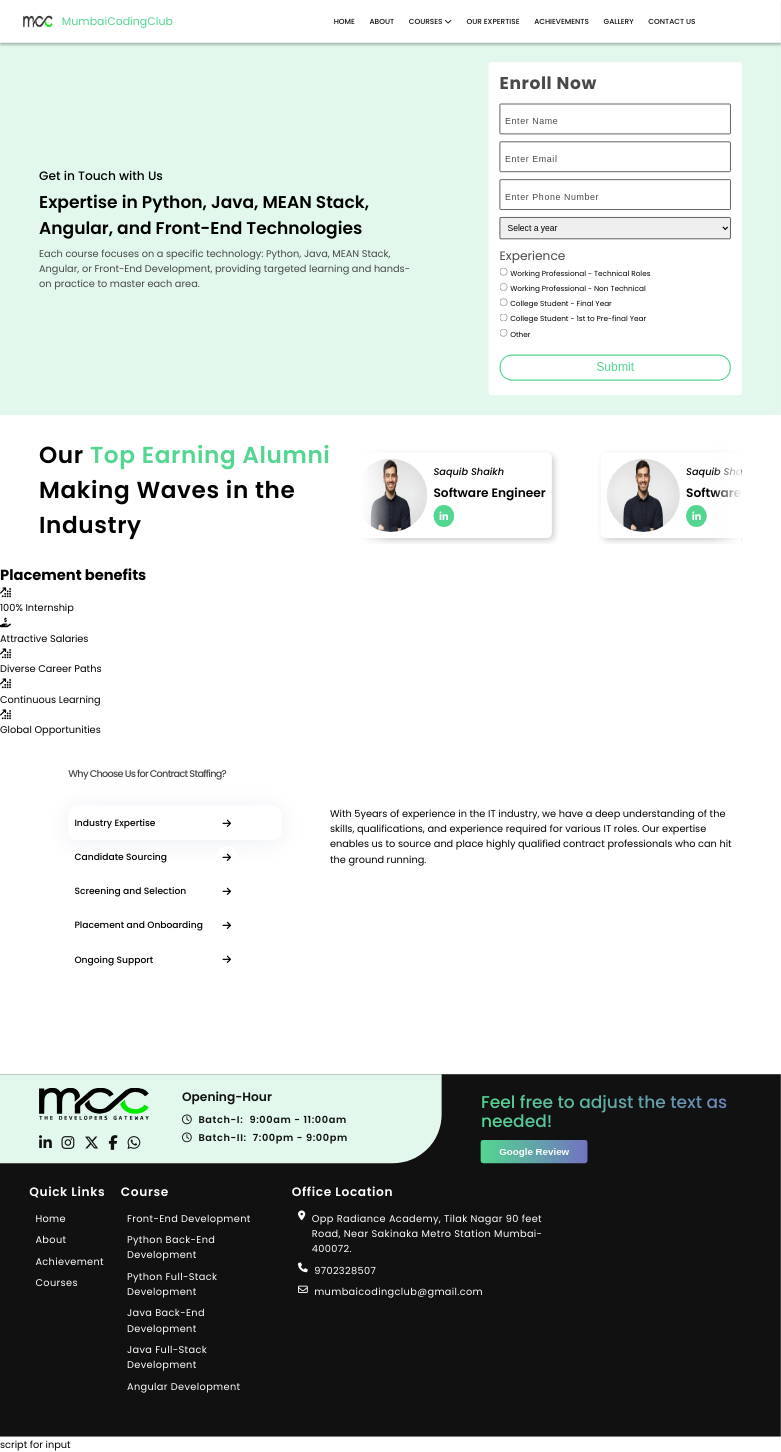
Repository: msmsa2001/mcc-theme
Page: contact.html
These files come from the project's save history. The page is drawn as it stood at one moment and after the next save; the edit follows.
The browser window is 1280 px wide. The pictures show the whole page, at 61% of full size.
Pictures or frames that could not be fetched are drawn as grey boxes.

Above is the page before, as saved 2024-07-26 04:10:00.
Console error: TypeError: Cannot read properties of null (reading 'querySelector')

After the next save:
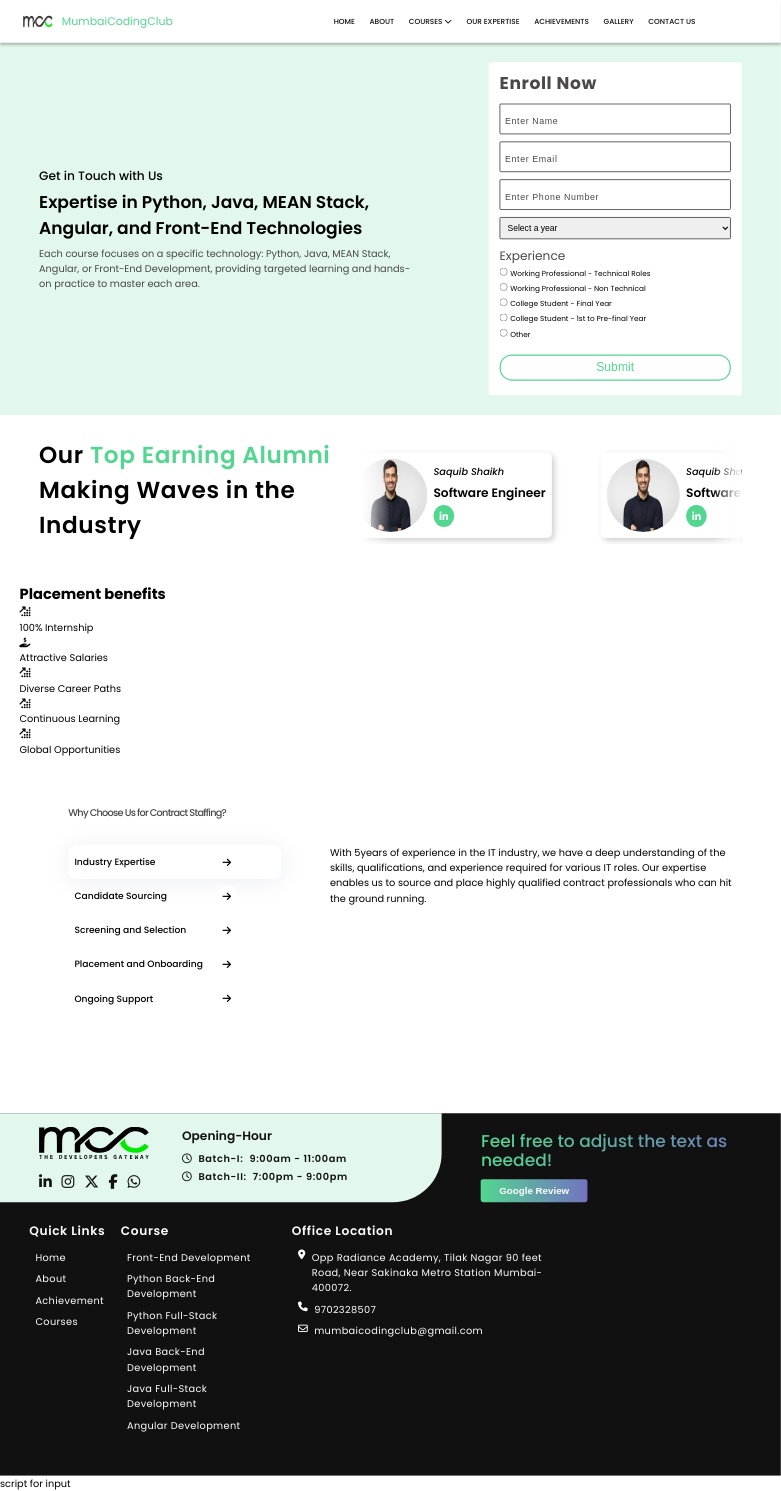
Saved 55 s later.
--- a/contact.css
+++ b/contact.css
@@ -230,7 +230,9 @@
     }
 }
 
-
+.container3{
+    padding: 2rem;
+}
 .container8 {
     padding: 2.3rem 5rem 8rem 7rem;
   }
